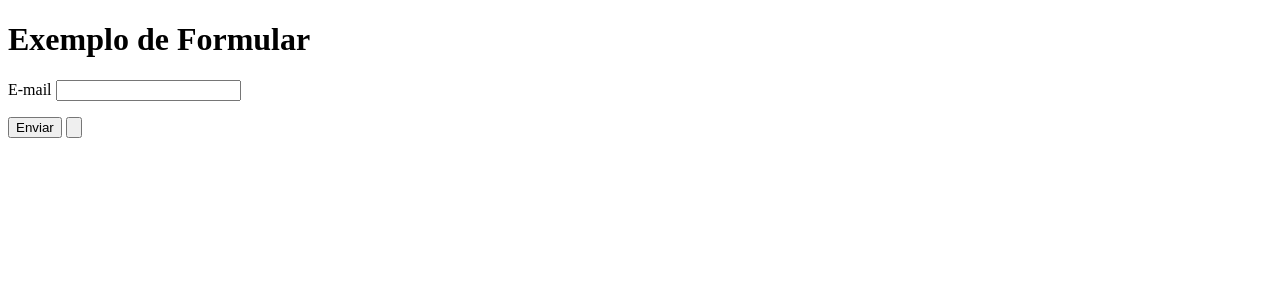
Repository: DorivalJunior14/exercicios
Page: ex025.html/form004.html
An editor plug-in stored every save of this project. The page is shown before and after the next save, followed by the edit.
The browser window is 1280 px wide. The pictures show the whole page.

Above is the page before, as saved 2022-07-20 17:46:00.

After the next save:
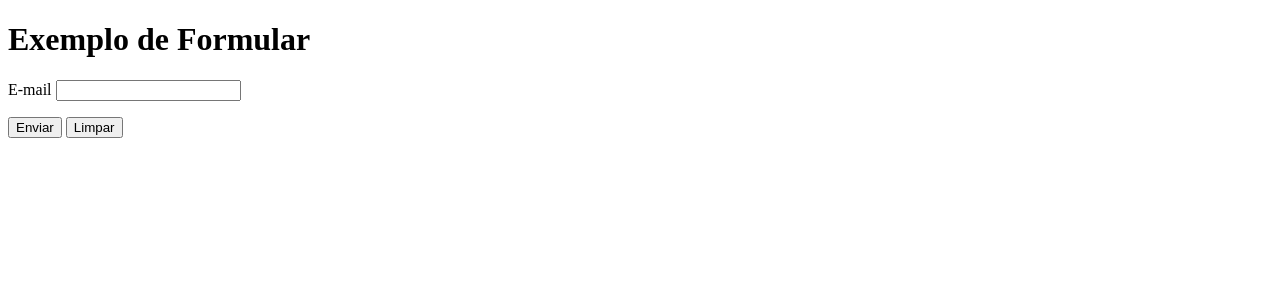
Saved 11 s later.
--- a/ex025.html/form004.html
+++ b/ex025.html/form004.html
@@ -13,7 +13,7 @@
             <input type="email" name="email" id="iemail">
             <p>
                 <input type="submit" value="Enviar">
-                <input type="reset" value=""
+                <input type="reset" value="Limpar">
             </p>
         </form>
 </body>
